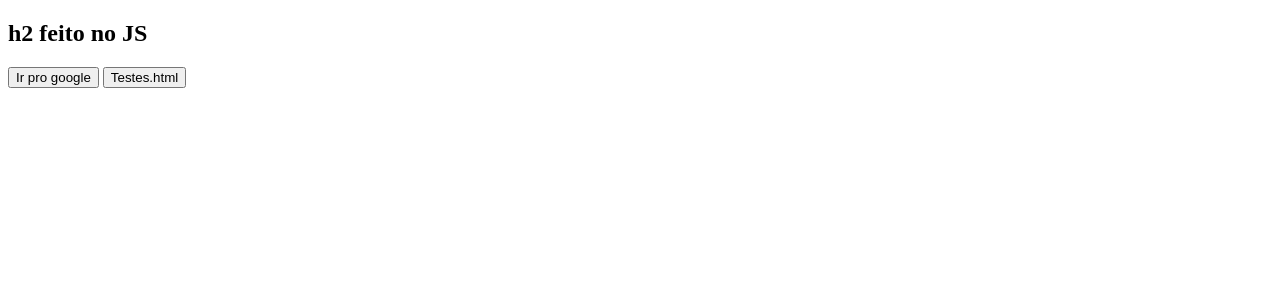
Repository: joaoaspimienta/Testes-e-estudo-de-ReactJS
Page: src/Anotações.html
An editor plug-in stored every save of this project. The page is shown before and after the next save, followed by the edit.
The browser window is 1280 px wide. The pictures show the whole page.

Above is the page before, as saved 2021-12-27 18:35:55.

### src/Anotações.html
<!DOCTYPE html>
  <head>
    <title>Anotações</title>
    <script type="text/javascript" src="script.js"></script>
  </head>

  <body>
    <button onClick="window.location.href='https://www.google.com';">Ir pro google</button>

    <button onClick="window.location.href='Testes.html';">Testes.html</button>

    <!-- document.write("<h1>lol</h1>") -->
  </body>
</html>

### src/script.js
document.write("<h2>h2 feito no JS</h2>")

After the next save:
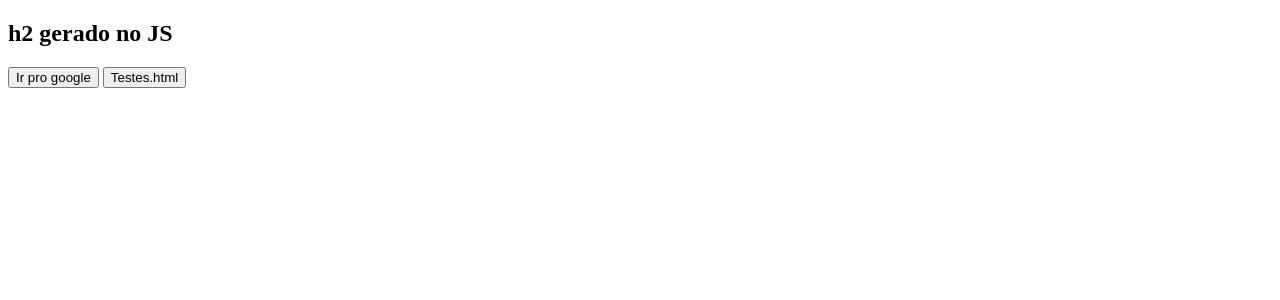
Saved 14 s later.
--- a/src/script.js
+++ b/src/script.js
@@ -1 +1 @@
-document.write("<h2>h2 feito no JS</h2>")
+document.write("<h2>h2 gerado no JS</h2>")
